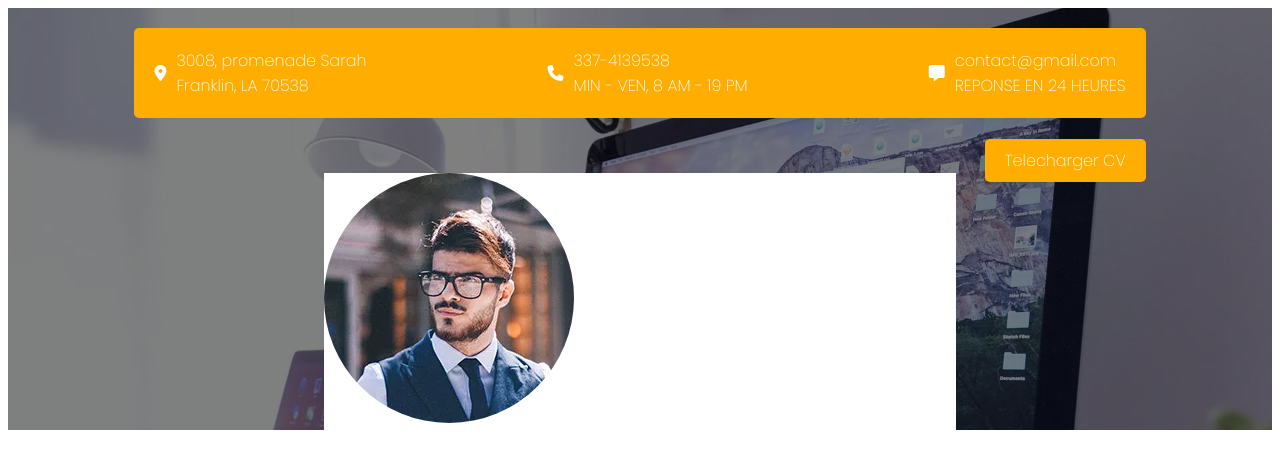
Repository: wadelfadill/CV_PORTFOLIO
Page: index.html
The author's editor kept a copy of each file at every save. The page is drawn from the files as they stood at one save, then again after the next save.
The browser window is 1280 px wide. The pictures show the whole page.

Above is the page before, as saved 2023-03-13 13:32:47.

After the next save:
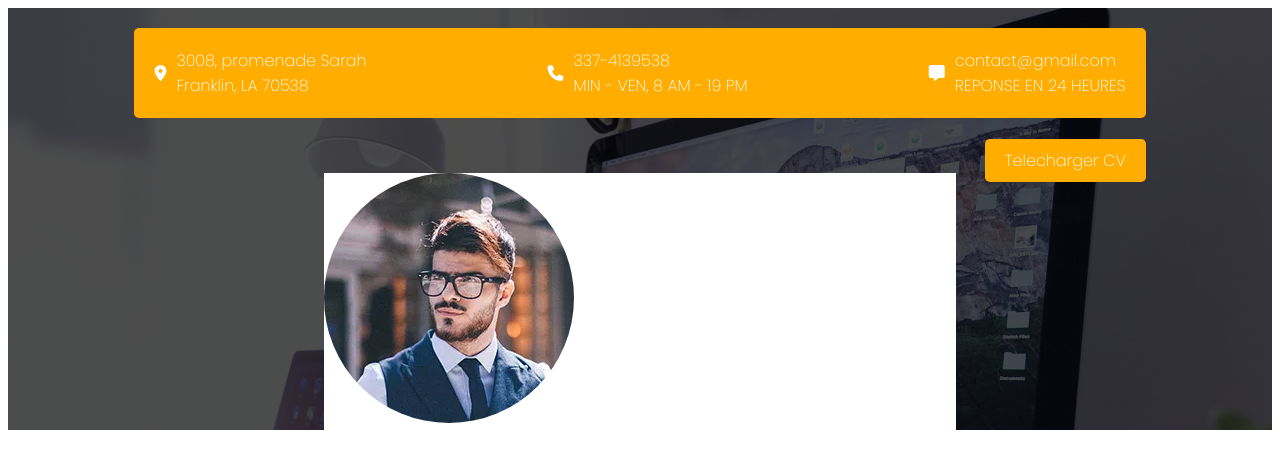
Saved 62 s later.
--- a/style.css
+++ b/style.css
@@ -7,8 +7,8 @@ header{
     width: 100%;
     height: auto;
     padding-top: 20px;
-    background-image: linear-gradient(rgba(0, 0, 0, 0.5),
-    rgba(0, 0, 0, 0.5)), url("images/background.jpg");
+    background-image: linear-gradient(rgba(0, 0, 0, 0.7),
+    rgba(0, 0, 0, 0.7)), url("images/background.jpg");
     background-size: cover;
     opacity: 1;
     background-attachment: fixed;
